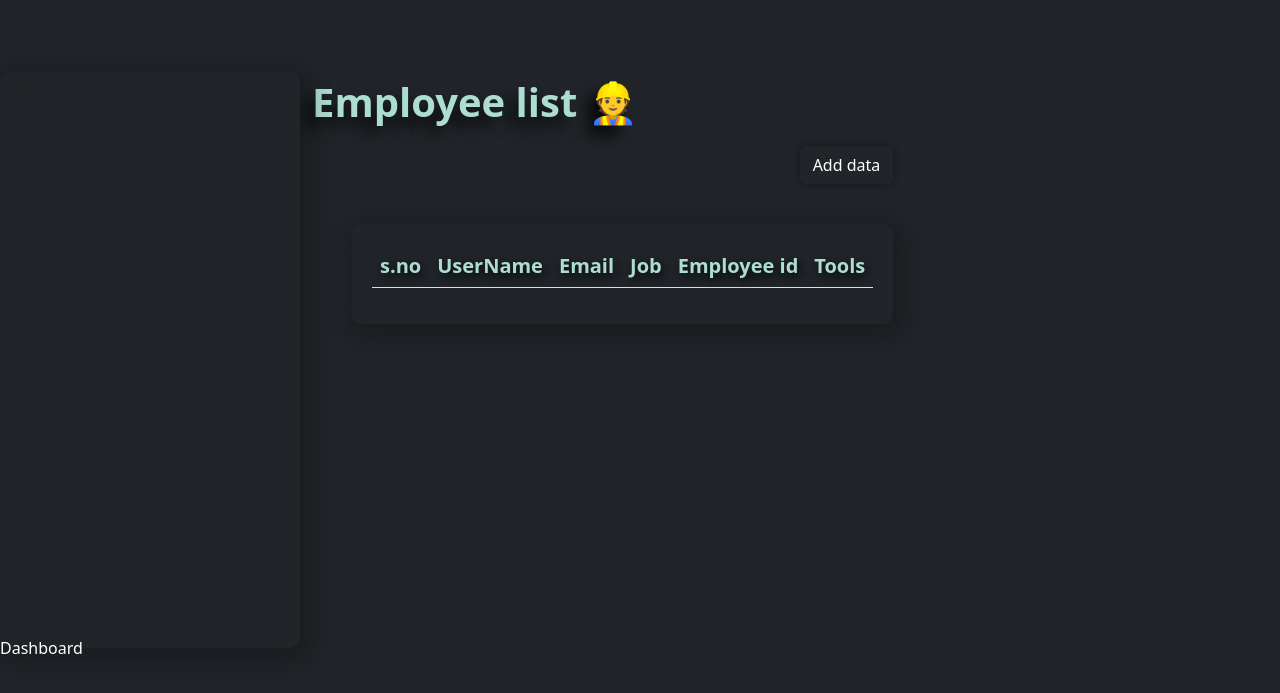
Repository: iamevs/Employee-Management-System
Page: /home (app in client/)
An editor plug-in stored every save of this project. The page is shown before and after the next save, followed by the edit.
The browser window is 1280 px wide. The pictures show the whole page.
The page's requests for data from a server got no answer. The project was rebuilt for these pictures with package versions that can differ from the ones it lists, and the page was loaded fresh each time. No one was signed in, and anything a server would have sent is missing. Also part of the build but not shown: client/vite.config.js, client/src/components/Register.jsx, client/src/components/Edit.jsx, client/src/components/Hero.jsx. Imported but missing from the stored project, and not drawn on this page: client/src/components/Details.

Above is the page before, as saved 2022-11-29 01:37:20.

### client/index.html
<html lang="en">
  <head>
    <meta charset="UTF-8" />
    <link rel="icon" type="image/svg+xml" href="/vite.svg" />
    <meta name="viewport" content="width=device-width, initial-scale=1.0" />
    <title>employee-management</title>
  </head>
  <body>
    <div id="root"></div>
    <script type="module" src="/src/main.jsx"></script>
  </body>
</html>

### client/src/main.jsx
import React, { StrictMode } from 'react';
import ReactDOM from 'react-dom';
import { createRoot } from "react-dom/client";
import './index.css';
import App from './App';
import { BrowserRouter } from "react-router-dom"
import ContextProvider from "./components/context/ContextProvider";
// root.render(
//   <StrictMode>
//   <ContextProvider>
//     <BrowserRouter>
//       <App />
//     </BrowserRouter>
//   </ContextProvider>
//   </StrictMode>
//   ,
//   document.getElementById('root')
// );


createRoot(document.getElementById('root')).render(
  <ContextProvider>
    <BrowserRouter>
      <App />
    </BrowserRouter>
  </ContextProvider>
)

### client/src/index.css
body {
  margin: 0;
  font-family: -apple-system, BlinkMacSystemFont, 'Segoe UI', 'Roboto', 'Oxygen',
    'Ubuntu', 'Cantarell', 'Fira Sans', 'Droid Sans', 'Helvetica Neue',
    sans-serif;
  -webkit-font-smoothing: antialiased;
  -moz-osx-font-smoothing: grayscale;
  background-color: #212529 !important;
  color: #fff !important;
}

code {
  font-family: source-code-pro, Menlo, Monaco, Consolas, 'Courier New',
    monospace;
}

.btns{
  display: flex;
  justify-content: space-between;
}

.btns > .tool, .tool{
  /* border: 1px solid #fff; */
  backdrop-filter: blur(10px);
  box-shadow: 0px 0px 9px 1px rgb(0 0 0 / 35%);
}

.form-control{
  background-color: #212529 !important;
  color: #C8DBBE !important;
  border: 1px solid #fff !important;
}

### client/src/App.jsx
import './App.css';
import "../node_modules/bootstrap/dist/css/bootstrap.min.css"
import "../node_modules/bootstrap/dist/js/bootstrap.bundle.min.js"
import Navbar from './components/Navbar';
import Home from './components/Home';
import Register from './components/Register';
import Edit from './components/Edit';
import Details from './components/Details';
import Hero from "./components/Hero.jsx";
import { Routes, Route } from "react-router-dom"
import { Stack } from '@mui/system';




function App() {
  return (
    <>
      <Stack direction={"row"}>
        <Navbar />
        <Routes>
          <Route path="/" element={<Hero />} />
          <Route path="/home" element={<Home />} />
          <Route exact path="/register" element={<Register />} />
          <Route exact path="/edit/:id" element={<Edit />} />
          <Route exact path="/view/:id" element={<Details />} />
        </Routes>
      </Stack>

    </>
  );
}

export default App;

### client/src/components/context/ContextProvider.jsx
import React, { createContext, useState } from 'react'


export const adddata = createContext("");
export const updatedata = createContext("");
export const deldata = createContext("");

const ContextProvider = ({ children }) => {

    const [udata, setUdata] = useState("");
    const [updata, setUPdata] = useState("");
    const [dltdata, setDLTdata] = useState("");


    return (
        <adddata.Provider value={{ udata, setUdata }}>
            <updatedata.Provider value={{ updata, setUPdata }}>
                <deldata.Provider value={{dltdata, setDLTdata}}>
                    {children}
                </deldata.Provider>

            </updatedata.Provider>

        </adddata.Provider>
    )
}

export default ContextProvider;

### client/src/App.css
.add_btn{
  text-align: right;
}

.container{
  overflow: auto;
}

.left_view h3{
  font-size: 21px;
}

.left_view p{
  font-weight: 600;
}

.left_view span{
  font-weight: 400;
}

.right_view p{
  font-weight: 600;
}


.right_view span{
  font-weight: 400;
}

### client/src/components/Navbar.jsx
import React from 'react'
import { NavLink } from 'react-router-dom'
import { Box, Stack } from "@mui/material";


const Navbar = () => {
    return (
        // <Stack justifyContent={"center"} direction={"row"} marginTop={"10px"}>
        //     <Box justifyContent={"space-between"} alignItems={"center"} className="navbar navbar-expand-lg text-white" sx={{
        //         backgroundColor: "transparent",
        //         backdropFilter: "blur(10px) !important",
        //         position: "relative",
        //         color: "white",
        //         boxShadow: "4px 7px 20px 11px rgb(0 0 0 / 20%)",
        //         height: "60px",
        //         padding: "0 40px 0 40px",
        //         width: "auto",
        //         borderRadius: "10px"
        //     }}>
        //         <Box sx={{
        //             fontSize: "1.5rem",
        //             color: "#ADDDD0",
        //             fontWeight: "600",
        //             textShadow: "-10px 10px 15px rgba(0, 0, 0, 0.8)",
        //             marginRight: "100px"
        //         }}>Employee management Dashboard</Box>
        //         <Box direction={"row"}>
        //             <a href="/home" style={{
        //                 fontSize: "1.5rem",
        //                 color: "#ADDDD0",
        //                 fontWeight: "600",
        //                 textShadow: "-10px 10px 15px rgba(0, 0, 0, 0.8)",
        //                 textDecoration: "none",
        //             }}>Home</a>
        //             <a href="/" style={{
        //                 fontSize: "1.5rem",
        //                 color: "#ADDDD0",
        //                 fontWeight: "600",
        //                 textShadow: "-10px 10px 15px rgba(0, 0, 0, 0.8)",
        //                 textDecoration: "none",
        //                 marginLeft: "20px"
        //             }}>Docs</a>

        //         </Box>
        //     </Box>
        // </Stack>
        <Stack direction={"column"} justifyContent={"center"} sx={{
            backgroundColor: "transparent",
            backdropFilter: "blur(10px) !important",
            position: "relative",
            color: "white",
            boxShadow: "4px 7px 20px 11px rgb(0 0 0 / 20%)",
            height: "80vh",
            width: "300px",
            borderRadius: "10px",
            marginTop: "10vh"
        }}>
            <Box sx={{
                position:"relative",
                top: "50%",
            }}>
                Dashboard
            </Box>
        </Stack>
    )
}

export default Navbar

### client/src/components/Home.jsx
import React, { useState, useEffect, useContext } from 'react'
import ReadMoreRoundedIcon from '@mui/icons-material/ReadMoreRounded';
import NoteAltOutlinedIcon from '@mui/icons-material/NoteAltOutlined';
import DeleteOutlineIcon from '@mui/icons-material/DeleteOutline';
import { NavLink } from 'react-router-dom';
import { adddata, deldata } from './context/ContextProvider';
import { updatedata } from './context/ContextProvider'
import ReactTooltip from 'react-tooltip';

var getuserlink = "http://localhost:8001/getusers";


const Home = () => {

    const [getuserdata, setUserdata] = useState([]);

    console.log(getuserdata);

    const { udata, setUdata } = useContext(adddata);

    const { updata, setUPdata } = useContext(updatedata);

    const { dltdata, setDLTdata } = useContext(deldata);

    const getdata = async () => {

        const res = await fetch(getuserlink, {
            method: "GET",
            headers: {
                "Content-Type": "application/json"
            }
        });

        const data = await res.json();
        console.log(data);

        if (res.status === 422 || !data) {
            console.log("error ");

        } else {
            setUserdata(data)
            console.log("get data");

        }
    }

    useEffect(() => {
        getdata();
    }, [])

    const deleteuser = async (id) => {

        const res2 = await fetch(`/deleteuser/${id}`, {
            method: "DELETE",
            headers: {
                "Content-Type": "application/json"
            }
        });

        const deletedata = await res2.json();
        console.log(deletedata);

        if (res2.status === 422 || !deletedata) {
            console.log("error");
        } else {
            console.log("user deleted");
            setDLTdata(deletedata)
            getdata();
        }

    }


    return (

        <>
            {
                udata ?
                    <>
                        <div className="alert alert-success alert-dismissible fade show" role="alert">
                            <strong>{udata.name}</strong>  added succesfully!
                            <button type="button" className="btn-close" data-bs-dismiss="alert" aria-label="Close"></button>
                        </div>
                    </> : ""
            }
            {
                updata ?
                    <>
                        <div className="alert alert-success alert-dismissible fade show" role="alert">
                            <strong>{updata.name}</strong>  updated succesfully!
                            <button type="button" className="btn-close" data-bs-dismiss="alert" aria-label="Close"></button>
                        </div>
                    </> : ""
            }

            {
                dltdata ?
                    <>
                        <div className="alert alert-danger alert-dismissible fade show" role="alert">
                            <strong>{dltdata.name}</strong>  deleted succesfully!
                            <button type="button" className="btn-close" data-bs-dismiss="alert" aria-label="Close"></button>
                        </div>
                    </> : ""
            }


            <div className="mt-5">
                <div className="container">

                    <h2 style={{
                        marginTop: "30px",
                        fontSize: "2.5rem",
                        color: "#ADDDD0",
                        fontWeight: "600",
                        marginBottom: "20px",
                        textShadow: "-10px 10px 15px rgba(0, 0, 0, 0.8)"
                    }}>Employee list <span style={{ fontSize: "40px" }}>👷</span> </h2>
                    <div className="add_btn mt-2 mb-2">
                        <NavLink to="/register" className="btn text-white tool" style={{marginRight: "40px"}}>Add data</NavLink>
                    </div>

                    <div className='table-responsive' style={{
                        backgroundColor: "transparent",
                        backdropFilter: "blur(10px) !important",
                        // position: "relative",
                        // color: "#ADDDD0",
                        boxShadow: "4px 7px 20px 11px rgb(0 0 0 / 20%)",
                        borderRadius: "10px",
                        padding: "20px",
                        height: "auto",
                        margin: "40px"
                    }}>
                        <table class="table">
                            <thead>
                                <tr className="table" style={{
                                    fontSize: "20px",
                                    color: "#ADDDD0",
                                    filter: "drop-shadow(2px 4px 6px black)",
                                }}>
                                    <th scope="col">s.no</th>
                                    <th scope="col">UserName</th>
                                    <th scope="col">Email</th>
                                    <th scope="col">Job</th>
                                    <th scope="col">Employee id</th>
                                    <th scope="col">Tools</th>
                                </tr>
                            </thead>
                            <tbody>

                                {
                                    getuserdata.map((val, ind) => {
                                        return (
                                            <tr className='text-white'>
                                                <th scope="row">{ind + 1}</th>
                                                <td>{val.name}</td>
                                                <td>{val.email}</td>
                                                <td>{val.work}</td>
                                                <td>{val.mobile}</td>
                                                <td className='btns'>
                                                    <NavLink to={`/view/${val._id}`} className="btn text-white tool" data-tip="More Details"><ReadMoreRoundedIcon /></NavLink>
                                                    <NavLink to={`/update/${val._id}`} className="btn text-white tool" data-tip="Edit Details"><NoteAltOutlinedIcon /></NavLink>
                                                    <button onClick={() => deleteuser(val._id)} className="btn text-white tool" data-tip="Fire Employee"><DeleteOutlineIcon /></button>
                                                    <ReactTooltip />
                                                </td>
                                            </tr>
                                        )
                                    })
                                }
                            </tbody>
                        </table>
                    </div>
                </div>
            </div>
        </>
    )
}

export default Home

After the next save:
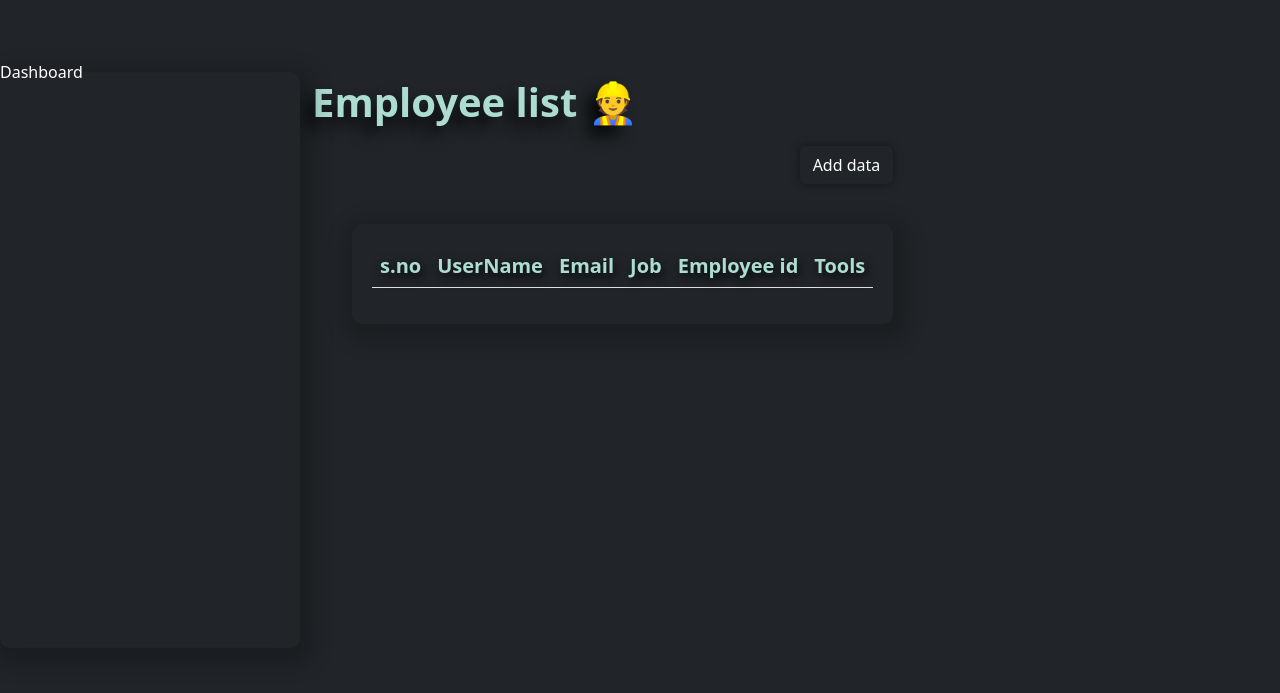
Saved 4 s later.
--- a/client/src/components/Navbar.jsx
+++ b/client/src/components/Navbar.jsx
@@ -57,7 +57,7 @@ const Navbar = () => {
         }}>
             <Box sx={{
                 position:"relative",
-                top: "50%",
+                top: "-50%",
             }}>
                 Dashboard
             </Box>
